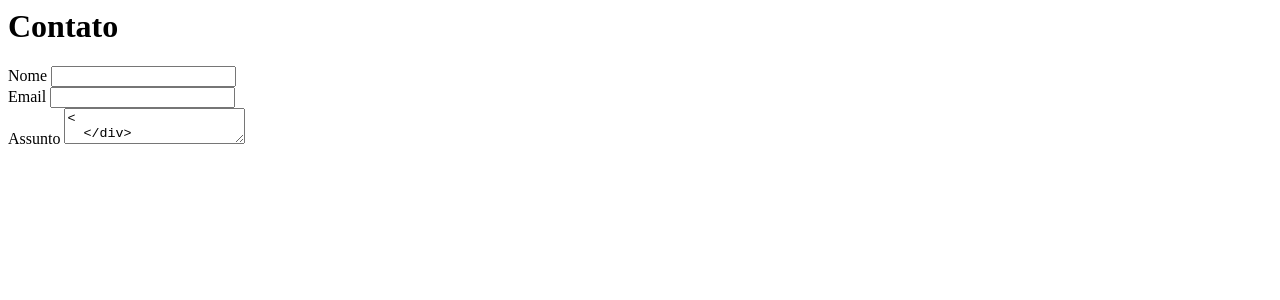
Repository: BrunoCesarAngst/poo
Page: aula04/views/form.html
These files come from the project's save history. The page is drawn as it stood at one moment and after the next save; the edit follows.
The browser window is 1280 px wide. The pictures show the whole page.

Above is the page before, as saved 2020-08-22 19:25:32.

### aula04/views/form.html
<h1>Contato</h1>

<form type="submit">
  <div class="form-group">
    <label for="">Nome</label>
    <input id="name" type="text" class="form-control">
  </div>

  <div class="form-group">
    <label for="">Email</label>
    <input id="email" type="email" class="form-control">
  </div>

  <div class="form-group">
    <label for="">Assunto</label>
    <textarea id="assunto" type="text" class="form-control"><
  </div>

  <button class="btn btn-primary btn-success"type="submit">Enviar</button>
</form>

After the next save:
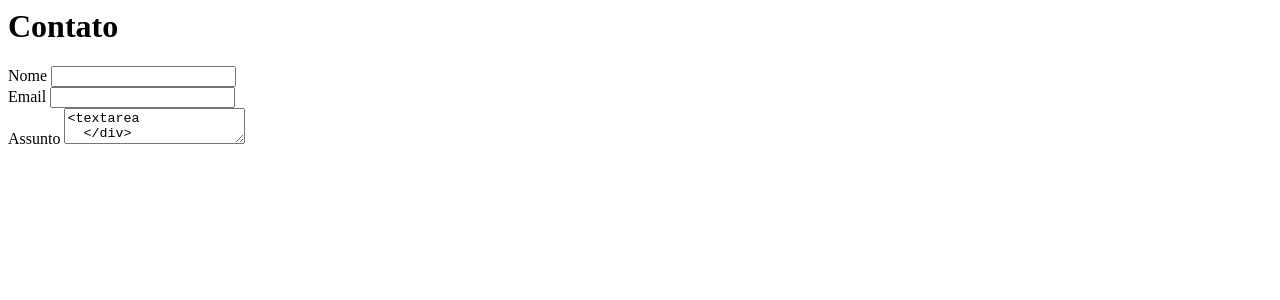
Saved 3 s later.
--- a/aula04/views/form.html
+++ b/aula04/views/form.html
@@ -13,7 +13,7 @@
 
   <div class="form-group">
     <label for="">Assunto</label>
-    <textarea id="assunto" type="text" class="form-control"><
+    <textarea id="assunto" type="text" class="form-control"><textarea
   </div>
 
   <button class="btn btn-primary btn-success"type="submit">Enviar</button>
